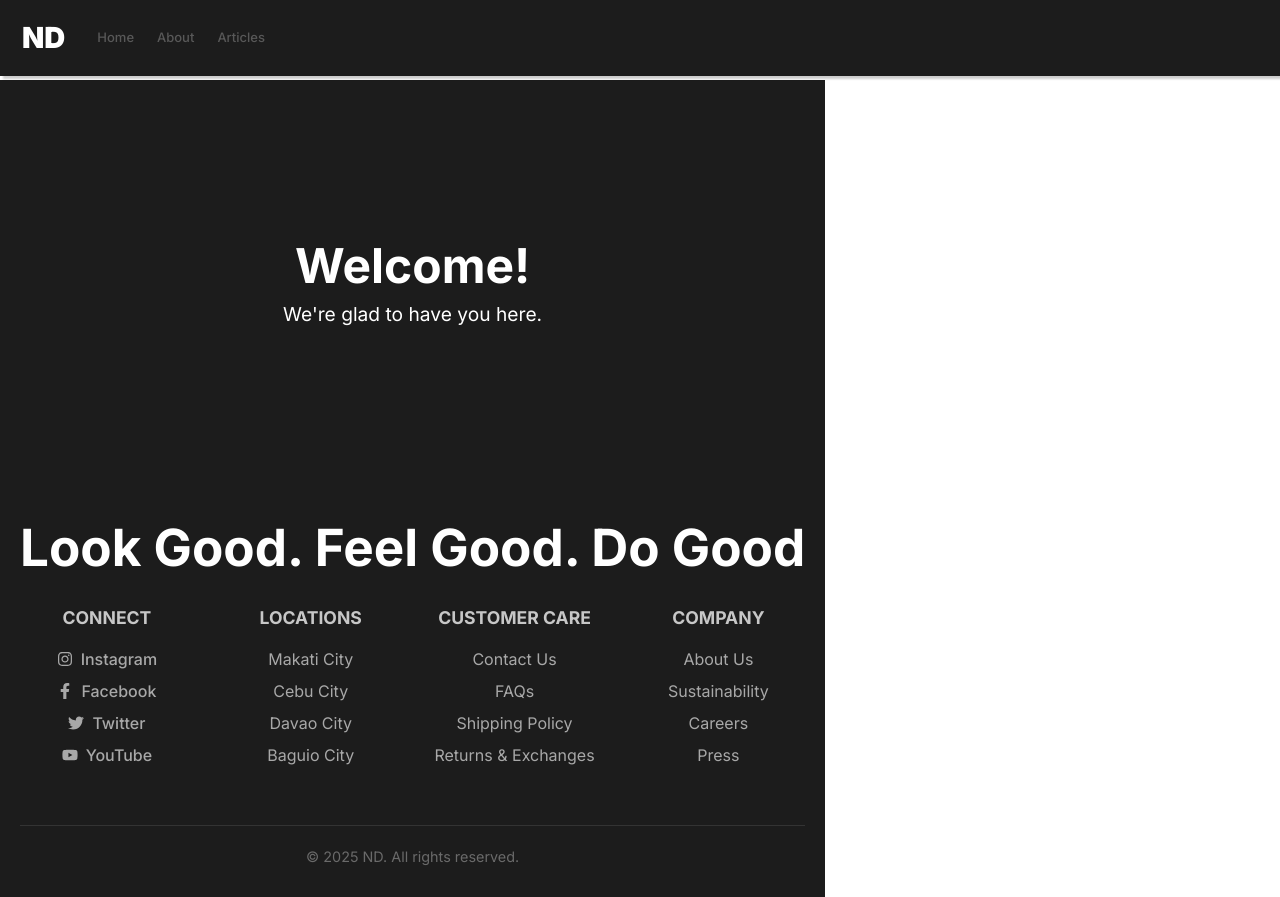
Repository: neomdavid/advancedwebprogramming
Page: /welcome
The author's editor kept a copy of each file at every save. The page is drawn from the files as they stood at one save, then again after the next save.
The browser window is 1280 px wide. The pictures show the whole page.
The project was rebuilt for these pictures with package versions that can differ from the ones it lists, and the page was loaded fresh each time. Also part of the build but not shown: vite.config.js, src/styles/Button.css, src/components/Button.jsx, src/styles/AboutPage.css, src/pages/AboutPAge.jsx, src/styles/ArticleList.css, src/article-content.js, src/components/ArticleList.jsx and 9 more.

Above is the page before, as saved 2025-04-22 08:54:45.

After the next save:
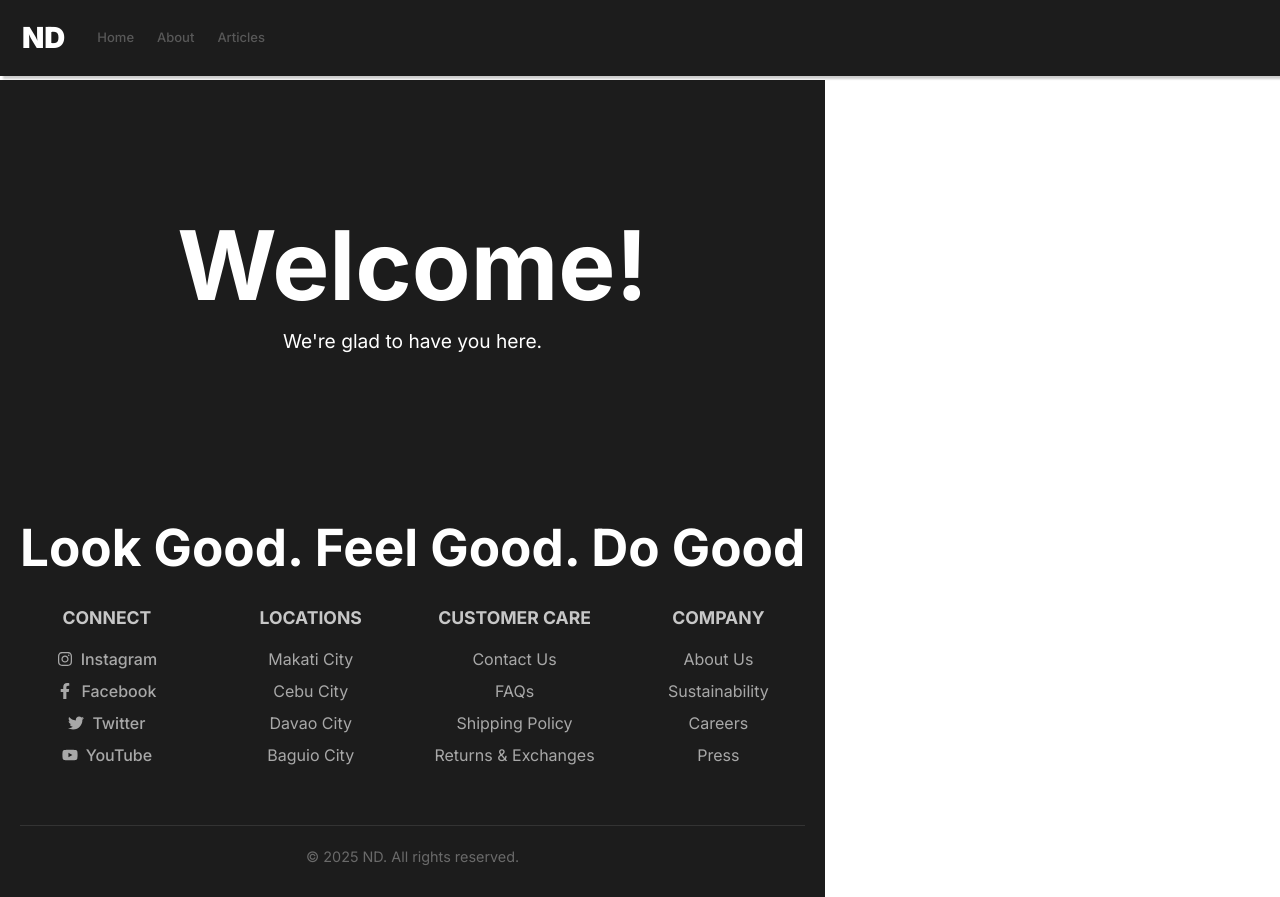
Saved 5 s later.
--- a/src/pages/WelcomePage.jsx
+++ b/src/pages/WelcomePage.jsx
@@ -16,7 +16,7 @@ const WelcomePage = () => {
         color: "white",
       }}
     >
-      <h1 style={{ fontSize: "3rem", marginBottom: ".5rem" }}>
+      <h1 style={{ fontSize: "6rem", marginBottom: ".5rem" }}>
         Welcome{name ? `, ${name}!` : "!"}
       </h1>
       <p style={{ fontSize: "1.2rem" }}>We're glad to have you here.</p>
